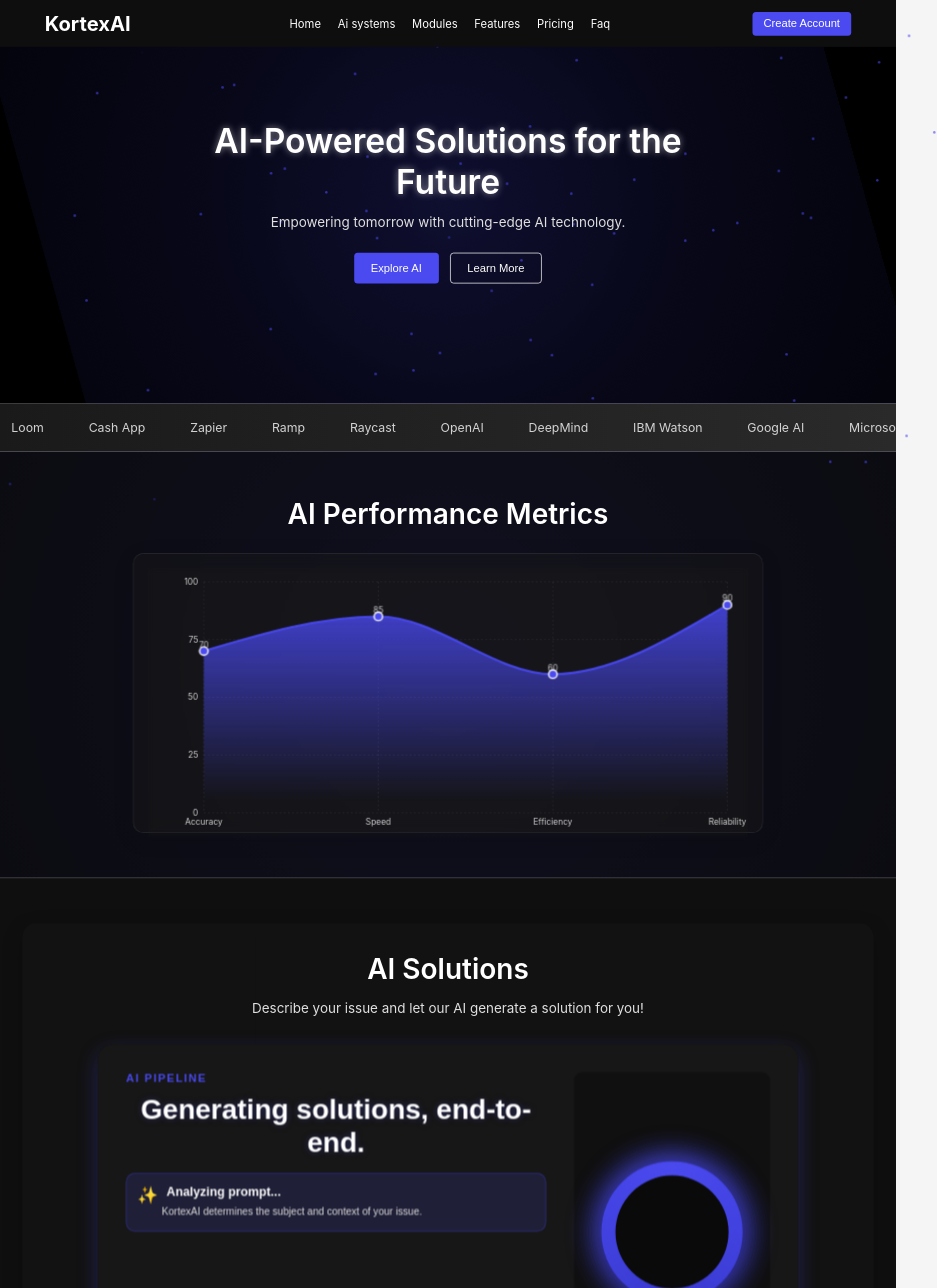
Repository: Rayyy-dev/Kortex-AI
Page: /
An editor plug-in stored every save of this project. The page is shown before and after a run of saves, followed by the edit.
The browser window is 1280 px wide. The page is 1336 px wide, then 1338 px, so the pictures cover 1338 px, including what lies to the right of the window. The pictures show the part of the page from y = 0 to 1840 px (the page is 3316 px tall before and 3643 px after), at 70% of full size.
The project was rebuilt for these pictures with package versions that can differ from the ones it lists, and the page was loaded fresh each time.

Above is the page before, as saved 2024-10-15 20:41:43.

After the next 6 saves:
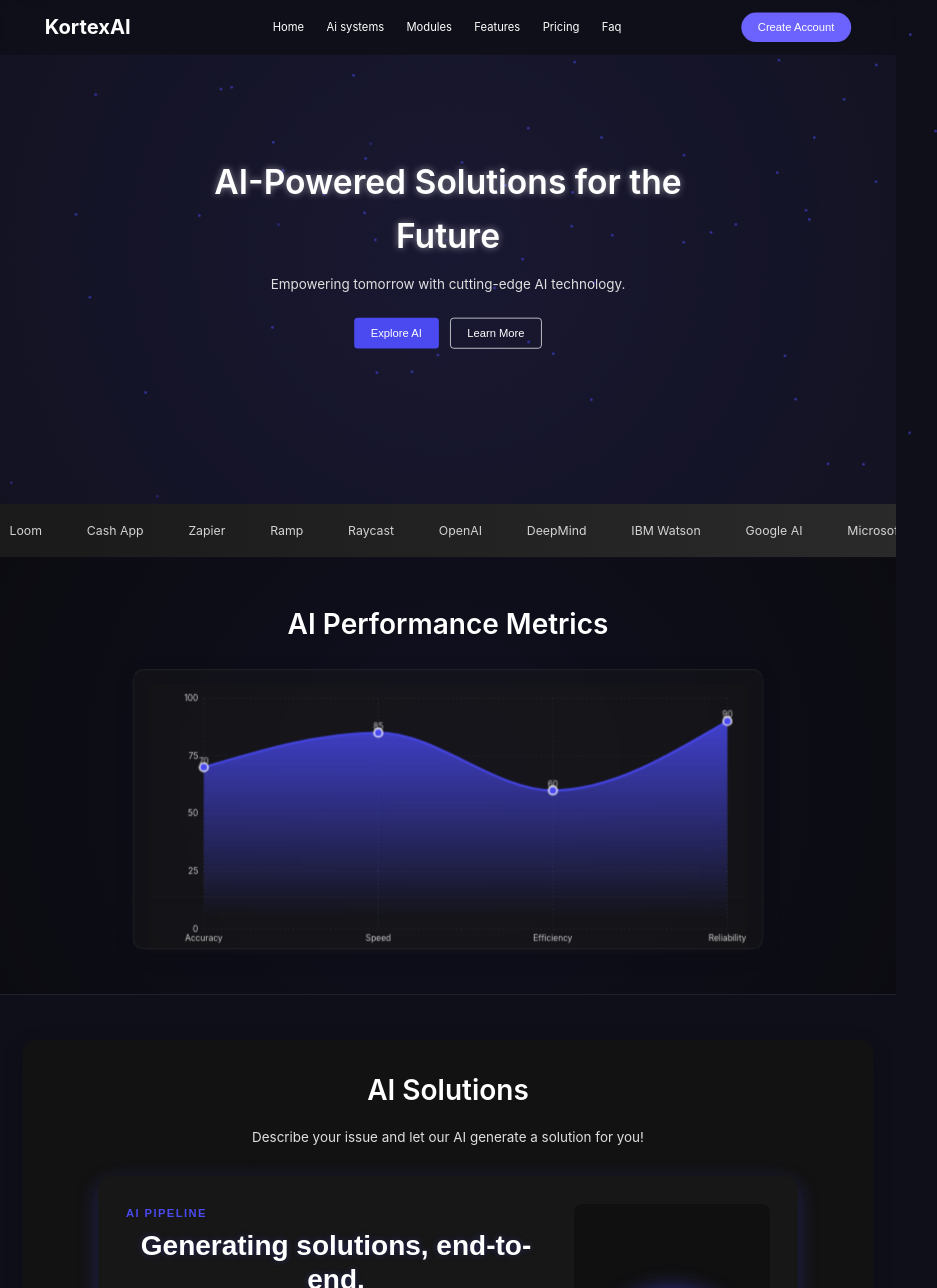
The 6 saves are shown as one change because they came seconds apart.
The last was saved 39 s later.
--- a/src/App.css
+++ b/src/App.css
@@ -6,20 +6,21 @@
 }
 
 :root {
-  --primary-color: #4a4af0;
-  --secondary-color: #3a3ad0;
-  --background-color: #0f0f0f;
-  --text-color: #ffffff;
-  --accent-color: #f0a04b;
-  --gradient-start: rgba(74, 74, 240, 0.1);
-  --gradient-end: rgba(58, 58, 208, 0.05);
+  --primary-color: #6C63FF;
+  --secondary-color: #4A47B1;
+  --background-color: #0F0F1A;
+  --text-color: #FFFFFF;
+  --accent-color: #FF6B6B;
+  --gradient-start: rgba(108, 99, 255, 0.1);
+  --gradient-end: rgba(74, 71, 177, 0.05);
 }
 
 body {
-  font-family: 'Arial', sans-serif;
-  background-color: #f5f5f5;
-  color: #333333;
+  font-family: 'Inter', sans-serif;
+  background-color: var(--background-color);
+  color: var(--text-color);
   margin: 0;
+  line-height: 1.6;
 }
 
 /* Navbar Styling */
@@ -28,7 +29,7 @@
   justify-content: space-between;
   align-items: center;
   padding: 1rem 5%;
-  background-color: rgba(15, 15, 15, 0.95);
+  background-color: rgba(15, 15, 26, 0.95);
   backdrop-filter: blur(10px);
   position: fixed;
   top: 0;
@@ -41,7 +42,7 @@
 .logo {
   font-size: 1.8rem;
   font-weight: bold;
-  color: #ffffff;
+  color: var(--text-color);
 }
 
 .nav {
@@ -56,11 +57,11 @@
 }
 
 .nav ul li {
-  margin-left: 1.5rem;
+  margin-left: 2rem;
 }
 
 .nav ul li a {
-  color: #ffffff;
+  color: var(--text-color);
   text-decoration: none;
   font-size: 1rem;
   transition: color 0.3s ease;
@@ -72,17 +73,18 @@
 
 .create-account-btn {
   background-color: var(--primary-color);
-  color: #ffffff;
-  padding: 0.5rem 1rem;
+  color: var(--text-color);
+  padding: 0.75rem 1.5rem;
   border: none;
-  border-radius: 5px;
+  border-radius: 25px;
   cursor: pointer;
   font-size: 1rem;
-  transition: background-color 0.3s ease;
+  transition: all 0.3s ease;
 }
 
 .create-account-btn:hover {
   background-color: var(--secondary-color);
+  transform: translateY(-2px);
 }
 
 .menu-toggle {
@@ -101,8 +103,8 @@
 
 /* Main Section with Improved Gradient */
 .main-section {
-  background-color: #000000;
-  min-height: 80vh;
+  background-color: var(--background-color);
+  min-height: 100vh;
   display: flex;
   justify-content: center;
   align-items: center;
@@ -120,9 +122,8 @@
   background:
     radial-gradient(
       circle at center,
-      rgba(74, 74, 240, 0.2) 0%,
-      rgba(74, 74, 240, 0.1) 25%,
-      rgba(74, 74, 240, 0.05) 50%,
+      var(--gradient-start) 0%,
+      var(--gradient-end) 50%,
       transparent 75%
     );
   animation: rotateGradient 30s linear infinite;
@@ -133,12 +134,15 @@
   position: relative;
   z-index: 2;
   text-align: center;
+  max-width: 800px;
+  padding: 2rem;
 }
 
 .main-title {
-  font-size: 3rem;
+  font-size: 3.5rem;
   margin-bottom: 1rem;
-  color: #ffffff;
+  color: var(--text-color);
+  text-shadow: 0 0 10px rgba(108, 99, 255, 0.5);
 }
 
 .main-subtitle {
